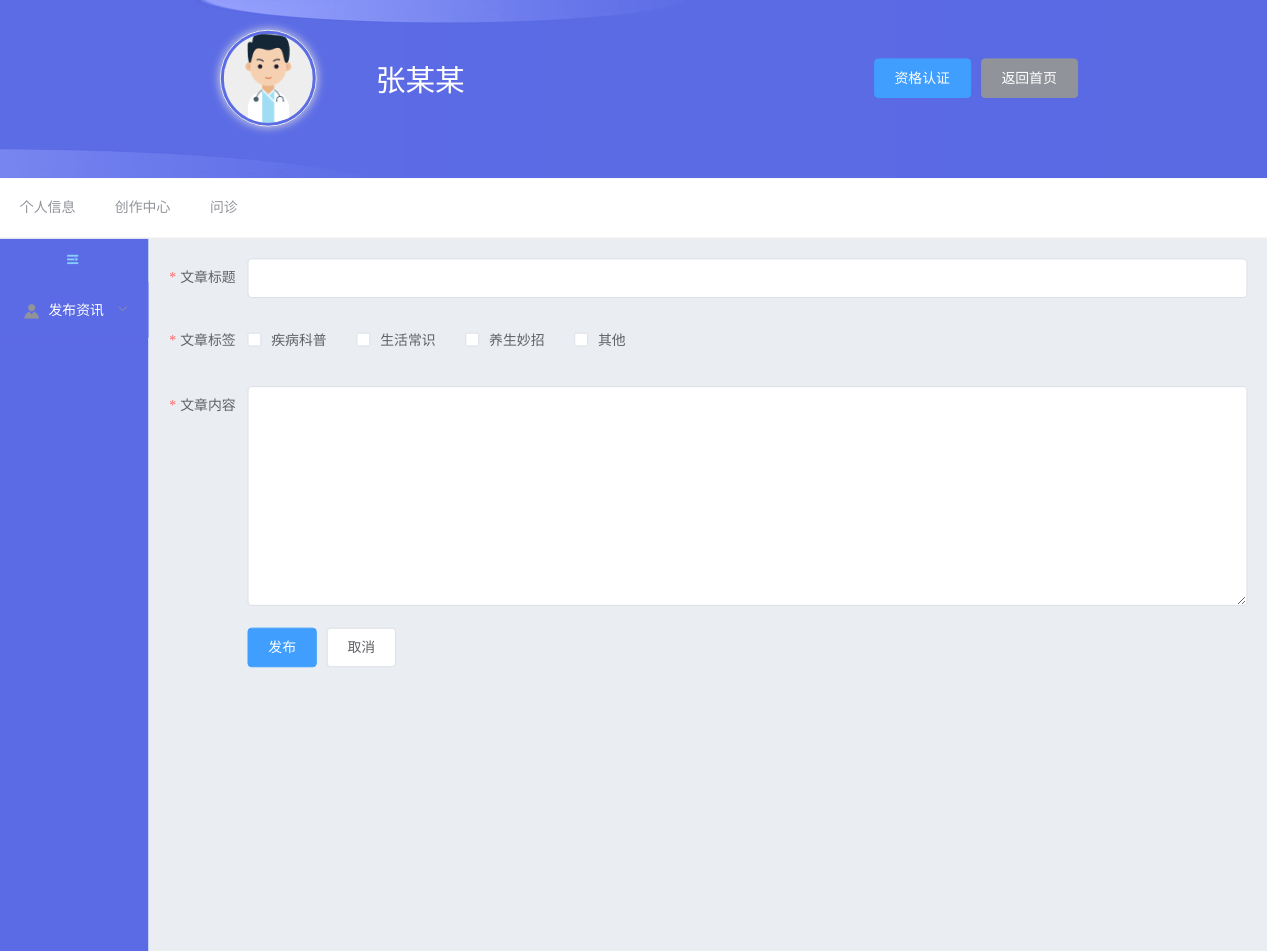
Repository: DiscreteL/SOA_Front
Page: /#/uploadArticle
An editor plug-in stored every save of this project. The page is shown before and after the next save, followed by the edit.
The browser window is 1280 px wide. The pictures show the whole page, at 99% of full size.
The project was rebuilt for these pictures with package versions that can differ from the ones it lists, and the page was loaded fresh each time. Also part of the build but not shown: vue.config.js, src/components/navigation.vue, src/components/dialog.vue, src/views/news.vue, src/components/announcement.vue, src/components/patientKnow.vue, src/views/Home.vue, src/views/login.vue and 15 more.

Above is the page before, as saved 2021-11-29 12:06:28.

After the next save:
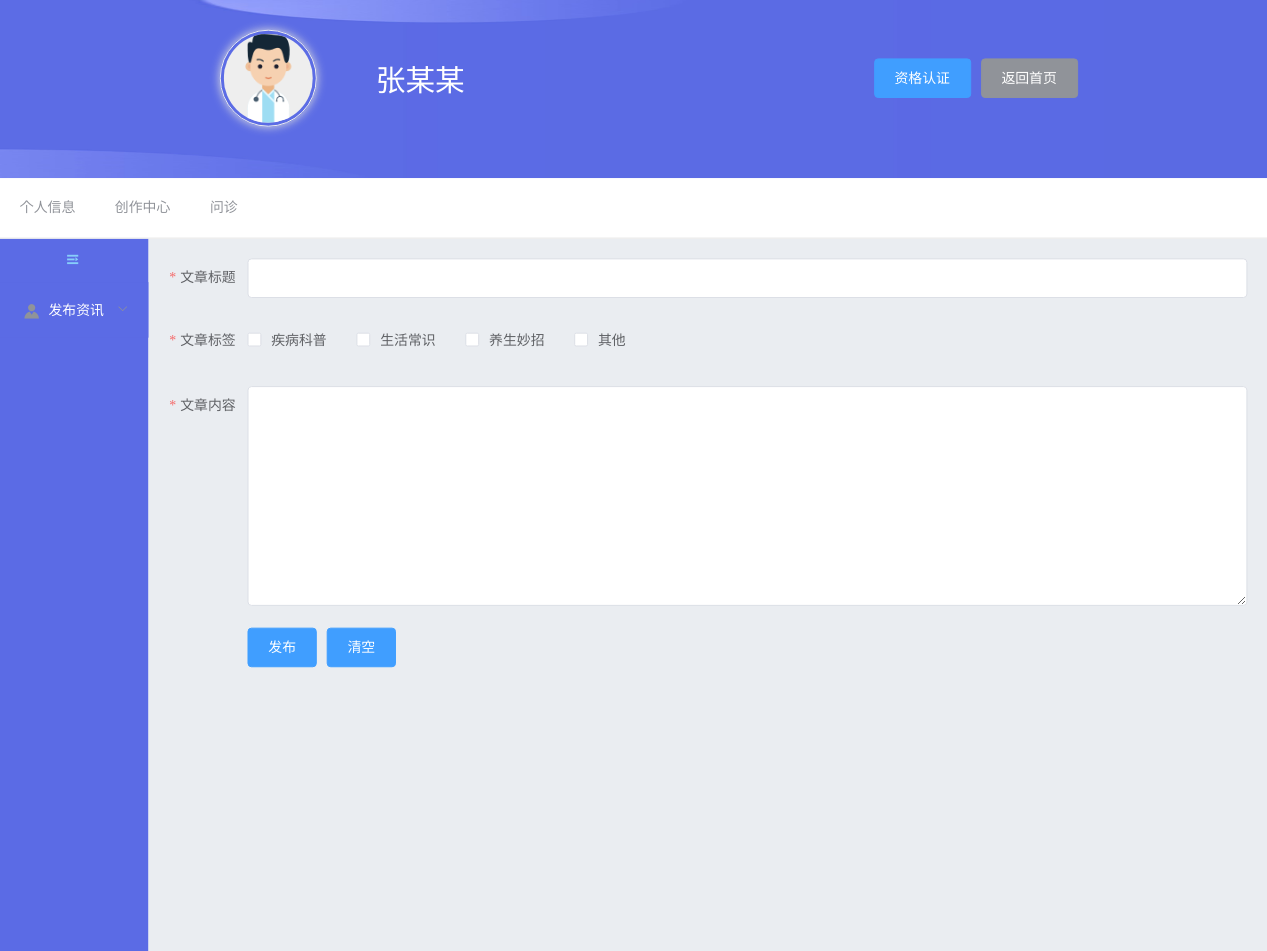
Saved 4 min 34 s later.
--- a/src/views/doctor/message/uploadArticle.vue
+++ b/src/views/doctor/message/uploadArticle.vue
@@ -12,11 +12,11 @@
     </el-checkbox-group>
   </el-form-item>
   <el-form-item label="文章内容" required>
-    <el-input type="textarea" :rows="10" v-model="form.desc"></el-input>
+    <el-input type="textarea" :rows="10" v-model="form.content"></el-input>
   </el-form-item>
   <el-form-item>
     <el-button type="primary" @click="onSubmit">发布</el-button>
-    <el-button>取消</el-button>
+    <el-button type="primary" @click="clear">清空</el-button>
   </el-form-item>
 </el-form>
 </template>
@@ -26,20 +26,18 @@
     data() {
       return {
         form: {
-          name: '',
-          region: '',
-          date1: '',
-          date2: '',
-          delivery: false,
+          title: '',
           type: [],
-          resource: '',
-          desc: ''
+          content: ''
         }
       }
     },
     methods: {
       onSubmit() {
         console.log('submit!');
+      },
+      clear() {
+        this.from.resetFields();
       }
     }
   }
